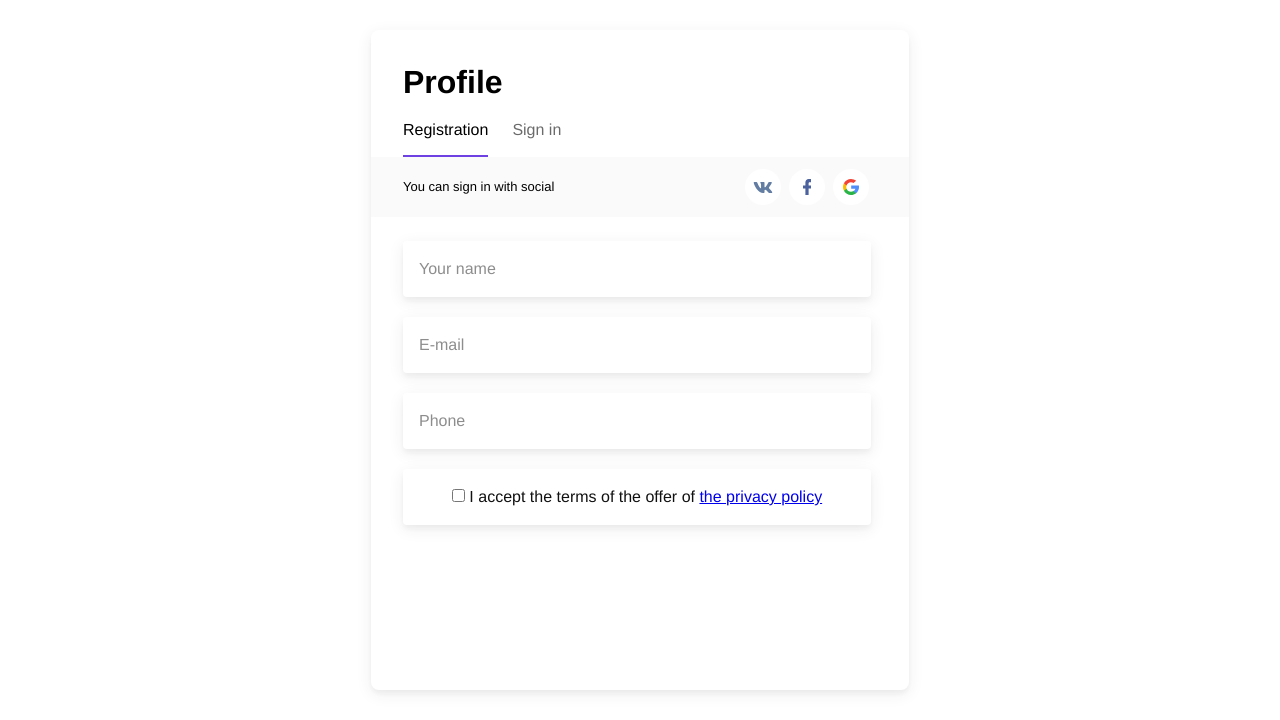
Repository: skydevil1604/vue-test-app
Page: /
The author's editor kept a copy of each file at every save. The page is drawn from the files as they stood at one save, then again after the next save.
The browser window is 1280 px wide. The pictures show the whole page.
The project was rebuilt for these pictures with package versions that can differ from the ones it lists, and the page was loaded fresh each time.

Above is the page before, as saved 2020-04-06 15:03:38.

After the next save:
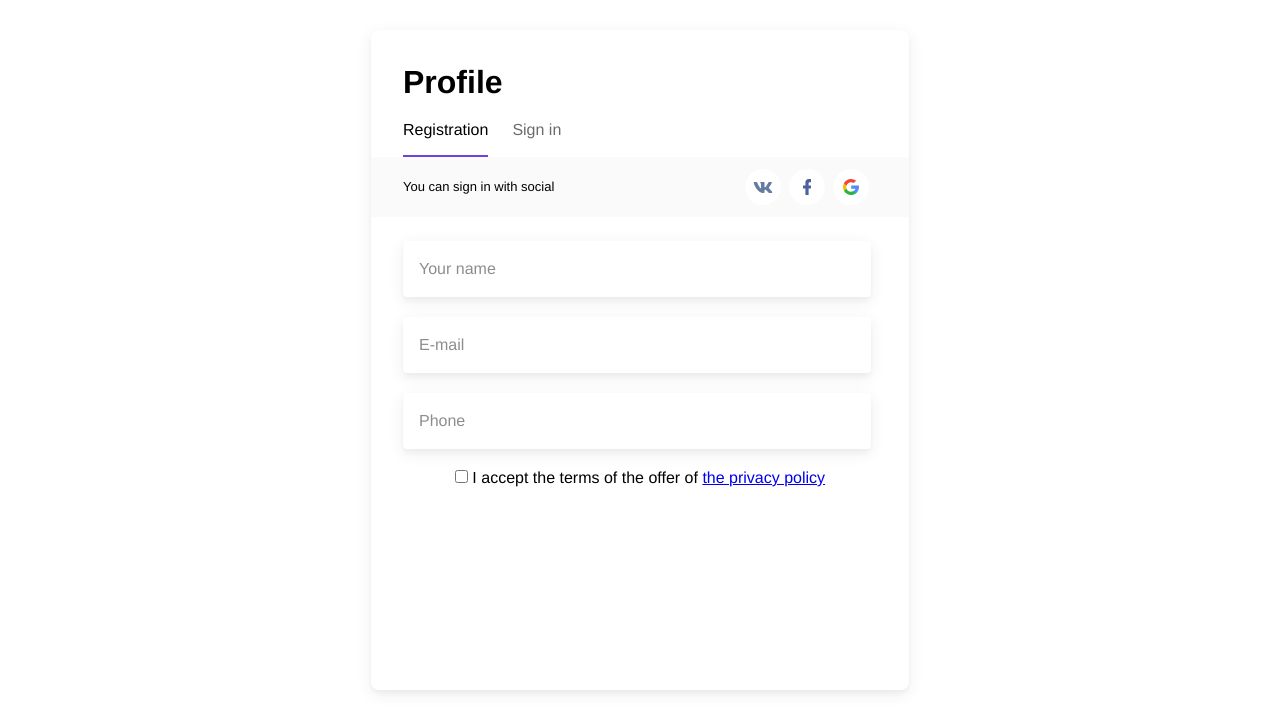
Saved 87 s later.
--- a/src/components/Registration.vue
+++ b/src/components/Registration.vue
@@ -28,7 +28,7 @@
       <input class="form__item" type="text" name="name" id="name" placeholder="Your name">
       <input class="form__item" type="email" name="email" id="email" placeholder="E-mail" >
       <input class="form__item" type="tel" name="tel" id="tel" placeholder="Phone">
-      <div class="form__item">
+      <div class="form__checkbox">
         <input type="checkbox" id="acception">
         <label for="acception">
           I accept the terms of the offer of <a href="#">the privacy policy</a>
